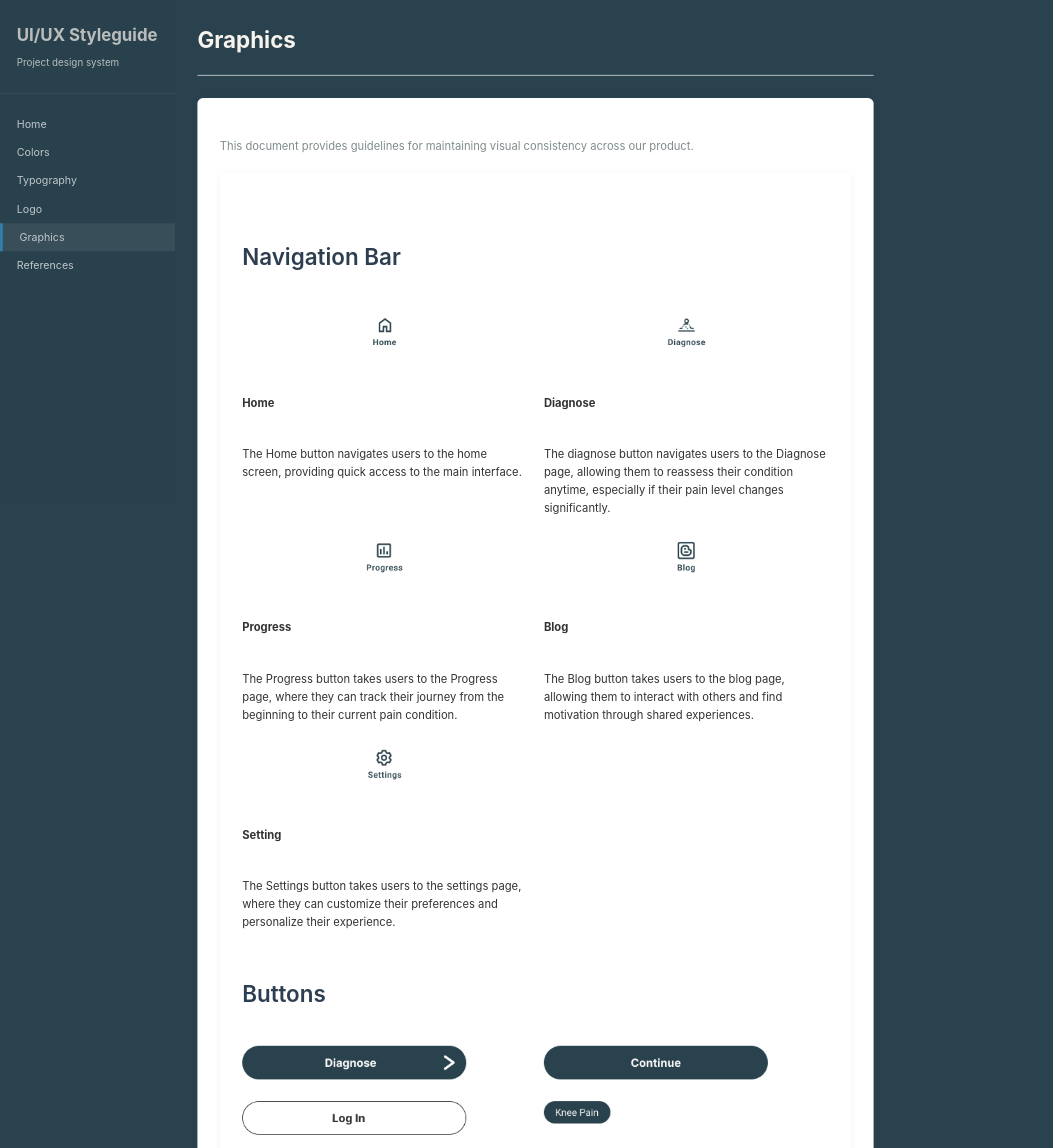
Repository: rosielee09/Heal_U
Page: graphics.html
These files come from the project's save history. The page is drawn as it stood at one moment and after the next save; the edit follows.
The browser window is 1280 px wide. The page is 1504 px wide, so the pictures cover 1504 px, including what lies to the right of the window. The pictures show the part of the page from y = 0 to 1640 px (the page is 4974 px tall), at 70% of full size.

Above is the page before, as saved 2025-04-06 10:42:23.

### graphics.html
<!DOCTYPE html>
<html lang="en">
<head>
    <meta charset="UTF-8">
    <meta name="viewport" content="width=device-width, initial-scale=1.0">
    <link rel="stylesheet" href="styles.css">
    <title>Heal_U Styleguide</title>
</head>
<body>
    <div class="container">
        <!-- Sidebar Navigation -->
        <div class="sidebar">
            <div class="sidebar-header">

                <h1>UI/UX Styleguide</h1>
                <p>Project design system</p>
            </div>
            <ul class="nav">
                <li ><a href="index.html">Home</a></li>
                <li><a href="colors.html">Colors</a></li>
                <li><a href="typography.html">Typography</a></li>
                <li><a href="logo.html">Logo</a></li>
                <li class="active"><a href="graphics.html">Graphics</a></li>
                <li><a href="references.html">References</a></li>
            </ul>
        </div>

        <!-- Main Content - Home Page -->

        <div class="content">
            <header class="page-header">
                <h2>Graphics</h2>
            </header>

            <div class="component">
                <div class="component-header">
                  <p class="component-description">This document provides guidelines for maintaining visual consistency across our product.</p>
                </div>
           <!-- SECTION 1: menu bar -->
           <div class="component">
            <div class="component-header">

                <section class="component-section">
                    <h3 class="component-title">Navigation Bar</h3>
                    <div class="graphic-grid">
                        <!-- home -->
                        <div class="graphic-item">
                            <img class="graphic-menu__icon" src="/img/graphic-menu/home.png" alt="home">
                            <div class="graphic-info">
                                <h4 class="graphic-title">Home</h4>
                                <div>The Home button navigates users to the home screen, providing quick access to the main interface.</div>
                            </div>
                        </div>
                        <!-- diagnose -->
                        <div class="graphic-item">
                            <img class="graphic-menu__icon" src="/img/graphic-menu/diagnose.png" alt="diagnose">
                            <div class="graphic-info">
                                <h4 class="graphic-title">Diagnose </h4>
                                <div>The diagnose button navigates users to the Diagnose page, allowing them to reassess their condition anytime, especially if their pain level changes significantly.</div>
                            </div>
                        </div>
                        <!-- Progress -->
                        <div class="graphic-item">
                            <img class="graphic-menu__icon" src="/img/graphic-menu/progress.png" alt="Progress">
                            <div class="graphic-info">
                                <h4 class="graphic-title">Progress </h4>
                                <div>
                                    The Progress button takes users to the Progress page, where they can track their journey from the beginning to their current pain condition.</div>
                            </div>
                        </div>

                        <!-- blog -->
                        <div class="graphic-item">
                            <img class="graphic-menu__icon" src="/img/graphic-menu/blog.png" alt="blog">
                            <div class="graphic-info">
                                <h4 class="graphic-title">Blog </h4>
                                <div>The Blog button takes users to the blog page, allowing them to interact with others and find motivation through shared experiences.</div>
                        </div>
                        </div>

                        <!-- Setting -->
                        <div class="graphic-item">
                            <img class="graphic-menu__icon" src="/img/graphic-menu/setting.png" alt="Setting">
                            <div class="graphic-info">
                                <h4 class="graphic-title">Setting </h4>
                                <div>The Settings button takes users to the settings page, where they can customize their preferences and personalize their experience.</div>

                    </div>
                </div>
            </div>

<!-- button section -->
                <section class="component-section">
                    <h3 class="component-title">Buttons </h3>

                    <div class="graphic-grid">
                          <!-- fill button -->
                        <div class="graphic-item">
                            <img class="graphic-button__icon" src="/img/Appovation - buttons/Button-fill-withIcon.png" alt="fill-icon">
                        </div>
                        <div class="graphic-item">
                            <img class="graphic-button__icon" src="/img/Appovation - buttons/Button-fill.jpg" alt="fill">
                        </div>
                        <div class="graphic-item">
                            <img class="graphic-button__icon" src="/img/Appovation - buttons/Button-outline.jpg" alt="outline">
                        </div>
                        <div class="graphic-item">
                            <img class="graphic-button__icon" src="/img/Appovation - buttons/chips-fill.png" alt="chips">
                        </div>
                        <div class="graphic-item">
                            <img class="graphic-button__icon" src="/img/Appovation - buttons/chips-highlighted.png" alt="chips-highlighted">
                        </div>
                        <div class="graphic-item">
                            <img class="graphic-button__icon" src="/img/Appovation - buttons/chips-outlined.png" alt="chips-outlined">
                        </div>
                    </div>
                </section>

            <section class="component-section">
                <h3 class="component-title">Icons </h3>
                <h4 class="graphic-title">User Setting</h4>
                <div class="graphic-item">
                    <img class="graphic-icons" src="/img/Appovation - icons/user setting icon.png" alt="pain_type_icon">
                </div>

                <h4 class="graphic-title">Type of Pain</h4>
                <div class="graphic-grid__icons">

                    <div class="graphic-item">
                        <img class="graphic-icons" src="/img/Appovation - icons/Icon-stabbing.png" alt="pain_type_icon">
                    </div>
                    <div class="graphic-item">
                        <img class="graphic-icons" src="/img/Appovation - icons/Icon-tingling.png" alt="pain_type_icon">
                    </div>
                    <div class="graphic-item">
                        <img class="graphic-icons" src="/img/Appovation - icons/Icon_Burning.png" alt="pain_type_icon">
                    </div>
                    <div class="graphic-item">
                        <img class="graphic-icons" src="/img/Appovation - icons/Icon_Cramps.png" alt="pain_type_icon">
                    </div>
                    <div class="graphic-item">
                        <img class="graphic-icons" src="/img/Appovation - icons/Icon_dull ache.png" alt="pain_type_icon">
                    </div>
                    <div class="graphic-item">
                        <img class="graphic-icons" src="/img/Appovation - icons/Icon_freezing.png" alt="pain_type_icon">
                    </div>
                    <div class="graphic-item">
                        <img class="graphic-icons" src="/img/Appovation - icons/Icon_Migrane.png" alt="pain_type_icon">
                    </div>
                    <div class="graphic-item">
                        <img class="graphic-icons" src="/img/Appovation - icons/Icon_neuralgia.png" alt="pain_type_icon">
                    </div>
                    <div class="graphic-item">
                        <img class="graphic-icons" src="/img/Appovation - icons/Icon_numbness.png" alt="pain_type_icon">
                    </div>
                    <div class="graphic-item">
                        <img class="graphic-icons" src="/img/Appovation - icons/Icon_thobbing.png" alt="pain_type_icon">
                    </div>

                </div>


                <h4 class="graphic-title">Pain Scale</h4>
                <div class="graphic-grid">

                    <div class="graphic-item">
                        <img class="graphic-icons" src="/img/Appovation - icons/Pain_difference-slider-green.png" alt="pain_scale_icon">
                    </div>
                    <div class="graphic-item">
                        <img class="graphic-icons" src="/img/Appovation - icons/Pain_difference-slider-mild.png" alt="pain_scale_icon">
                    </div>
                    <div class="graphic-item">
                        <img class="graphic-icons" src="/img/Appovation - icons/Pain_difference-slider-middle.png" alt="pain_scale_icon">
                    </div>
                    <div class="graphic-item">
                        <img class="graphic-icons" src="/img/Appovation - icons/Pain_difference-slider-less-severe.png" alt="pain_scale_icon">
                    </div>
                    <div class="graphic-item">
                        <img class="graphic-icons" src="/img/Appovation - icons/Pain_difference-slider-severe.png" alt="pain_scale_icon">
                    </div>
                </div>
                <div class="graphic-item-grid1">
                    <img class="graphic-icons" src="/img/Appovation - icons/progress pain scale.png" alt="pain_scale_icon">
                </div>

        </section>

        <section class="component-section">
            <h3 class="component-title">Illustrations</h3>

            <div class="graphic-grid-illustrations">
                  <!-- fill button -->
                <div class="graphic-item-illustrations">
                    <img class="graphic-illustrations" src="/img/Appovation - illustration set/5214865 1.png" >
                </div>
                <div class="graphic-item-illustrations">
                    <img class="graphic-illustrations" src="/img/Appovation - illustration set/AdobeStock_593962329 1.png">
                </div>
                <div class="graphic-item-illustrations">
                    <img class="graphic-illustrations" src="/img/Appovation - illustration set/exercise 2.png" >
                </div>
                <div class="graphic-item-illustrations">
                    <img class="graphic-illustrations" src="/img/Appovation - illustration set/Group 103.png" >
                </div>
                <div class="graphic-item-illustrations">
                    <img class="graphic-illustrations" src="/img/Appovation - illustration set/Group 84.png" >
                </div>
                <div class="graphic-item-illustrations">
                    <img class="graphic-illustrations" src="/img/Appovation - illustration set/Group 98.png" >
                </div>
            </div>
        </section>

        <section class="component-section">
            <h3 class="component-title">Images for Contents</h3>

            <div class="graphic-grid-images">
                <div class="graphic-item">
                    <img class="graphic-icons" src="/img/Appovation - images for contents/unsplash_GbomLmruCM8.png " alt="pain_type_icon">
                </div>
                <div class="graphic-item">
                    <img class="graphic-icons" src="/img/Appovation - images for contents/unsplash_gJtDg6WfMlQ.png" alt="pain_type_icon">
                </div>
                <div class="graphic-item">
                    <img class="graphic-icons" src="/img/Appovation - images for contents/unsplash_kFCdfLbu6zA.png" alt="pain_type_icon">
                </div>
                <div class="graphic-item">
                    <img height="200px" class="graphic-icons" src="/img/Appovation - images for contents/unsplash_PJ8C7JCqK0o-1.png" alt="pain_type_icon">
                </div>
                <div class="graphic-item">
                    <img height="200px" class="graphic-icons" src="/img/Appovation - images for contents/unsplash_PJ8C7JCqK0o.png" alt="pain_type_icon">
                </div>
        </section>

        <section class="component-section">
            <h3 class="component-title">Screens</h3>

            <div class="graphic-grid-images">
                <div class="graphic-item">
                    <img class="graphic-icons" src="/img/Appovation - screens/screen-dailypopup.png " alt="pain_type_icon">
                </div>
                <div class="graphic-item">
                    <img class="graphic-icons" src="/img/Appovation - screens/screen-survey.png" alt="pain_type_icon">
                </div>
                <div class="graphic-item">
                    <img class="graphic-icons" src="/img/Appovation - screens/screen-watchingtutorial.png" alt="pain_type_icon">
                </div>

        </section>


</body>
<script src="script.js"></script>
</html>

### styles.css
* {
    margin: 0;
    padding: 0;
    box-sizing: border-box;
}

body {
    font-family: 'Inter', -apple-system, BlinkMacSystemFont, 'Segoe UI', Roboto, Oxygen, Ubuntu, Cantarell, sans-serif;
    line-height: 1.6;
    color: #333;
    background: #29424D;

    margin: 0;
    padding: 0;
    width: 100vw;
    height: 100vh;


}

/* Layout */
.container {
    display: flex;
    min-height: 100vh;
}

/* Sidebar Navigation */
.sidebar {
    width: 250px;
    background-color: #29424D;
    color: #F8F3EC;
    padding: 2rem 0;
    position: fixed;
    height: 100vh;
    overflow-y: hidden;
    opacity: 0.7;
}


.sidebar-header {
    padding: 0 1.5rem 2rem;
    border-bottom: 1px solid rgba(255, 255, 255, 0.1);
}

.sidebar-header h1 {
    font-size: 1.5rem;
    font-weight: 700;
    margin-bottom: 0.5rem;
}

.sidebar-header p {
    font-size: 0.875rem;
    opacity: 1;
}

.nav {
    list-style: none;
    padding: 1.5rem 0;
}

.nav li {
    padding: 0.5rem 1.5rem;
}

.nav li.active {
    background-color: rgba(255, 255, 255, 0.1);
    border-left: 4px solid #3498db;
}

.nav a {
    color: #fff;
    text-decoration: none;
    display: block;
    font-size: 0.95rem;
    transition: all 0.2s;
}

.nav a:hover {
    opacity: 1;
}

/* Logo in Navbar */
/* Logo styling */
.logo {
    display: flex;
    align-items: left;
    gap: 10px;  /* Space between logo image and text */
    /* padding: 0 1.5rem;  Match your sidebar padding */
}


.logo p {
    color: #F8F3EC;  /* Match your sidebar text color */
    font-weight: 700;
    font-size: 2.3rem;
    margin: 0;  /* Remove default paragraph margin */
    margin-bottom: 0.5rem;
}

/* Home page animation */
.body-homepage{
    overflow: hidden;
    position: relative;
    display: flex;
    align-items: center;
}
.animation--title {
    text-align: right;
    display: flex;
    flex-direction: column;
    justify-content: flex-end;
    margin-left: 45rem; /* Push to the right side */
    margin-right: 5%; /* Keep some space from the edge */
    width: 50%;
  }

  .animation--title-head {

    color: #F8F3EC;
    font-size: 8rem;
    line-height: 1.2;
    font-weight: bold;
    letter-spacing: 2px;
    font-family: 'Roboto', sans-serif;
    text-transform: uppercase;

  }

  .animation--title-subhead {
    color: #F8F3EC;
    font-size: 1.7rem;
    line-height: 1.5;
    font-family: 'Roboto', sans-serif;
    font-style: italic;
    margin-top: 2rem;
    margin-bottom: 2rem;
  }

  .animation--title-member {
    color: #F8F3EC;
    font-size: 1.4rem;
    line-height: 1.4;
    font-family: 'Roboto', sans-serif;

  }



  .blob {
    position: absolute;
    top: 0;
    left: 0;
    fill: #CFC4F4;
    width: 50vmax;
    z-index: -1;
    animation: move 10s ease-in-out infinite;
    transform-origin: 50% 50%;
  }

  @keyframes move {
    0%   { transform: scale(1)   translate(10px, -30px); }
    38%  { transform: scale(0.8, 1) translate(80vw, 30vh) rotate(160deg); }
    40%  { transform: scale(0.8, 1) translate(80vw, 30vh) rotate(160deg); }
    78%  { transform: scale(1.3) translate(0vw, 50vh) rotate(-20deg); }
    80%  { transform: scale(1.3) translate(0vw, 50vh) rotate(-20deg); }
    100% { transform: scale(1)   translate(10px, -30px); }
  }




/* Main Content */
.content {
    flex: 1;
    padding: 2rem;
    margin-left: 250px;
    max-width: calc(100% - 250px);
}

.page-header {
    margin-bottom: 2rem;
    padding-bottom: 1rem;
    border-bottom: 1px solid #eee;
}

.page-header h2 {
    font-size: 2rem;
    font-weight: 700;
    color: #F8F3EC;
    margin-bottom: 0.5rem;
}

.page-header p {
    color: #F8F3EC;
    font-size: 1.1rem;
}

/* Components Common Styles */
.component {
    background-color: #fff;
    border-radius: 8px;
    box-shadow: 0 2px 10px rgba(0, 0, 0, 0.05);
    padding: 2rem;
    margin-bottom: 2rem;
}

.component-section{
    margin-top: 3rem;
}

.component-header {
    margin-top: 1.5rem;
    margin-bottom: 1.5rem;
}

.component-title {
    font-size: 2rem;
    font-weight: 600;
    margin-top: 4rem;
    margin-bottom: 3rem;
    color: #2c3e50;
}

.component-description {
    color: #7f8c8d;
}


    /* Color Styles */
.color-grid {
    display: grid;
    grid-template-columns: repeat(auto-fill, minmax(300px, 1fr));
    gap: 1.5rem;
}

.color-grid__onlycolor {
    display: grid;
    grid-template-columns: repeat(auto-fill, minmax(300px, 2fr));
    gap: 1.5rem;
    align-items: center;
}

.color-grid__Accessiblilliy {
    display: grid;
    grid-template-columns: repeat(auto-fit, minmax(clamp(300px, 50%, 400px), 1fr));
    gap: 1.5rem;
}

.color-item {
    border-radius: 6px;
    overflow: hidden;
    box-shadow: 0 2px 5px rgba(0, 0, 0, 0.1);
}

.color-preview {
    height: 120px;
}

.color-info {
    padding: 1rem;
    background-color: #fff;
}

.color-name {
    font-weight: 600;
    margin-bottom: 0.25rem;
}

.color-value {
    font-family: monospace;
    color: #7f8c8d;
    font-size: 0.85rem;
}

.color__primary--preview{
    background-color: #29424D;
}

.color__secondary--preview{
    background-color: #CFC4F4;
}

.color__tertiary--preview {
    background-color: #F8F3EC;
}

.color__accent--preview{
    background-color: #CDF06B;
}

.color__success--preview{
    background-color: #138636;
}

.color__error--preview{
    background-color: #C32D2D;
}

.color__warning--preview{
    background-color: #FFBD11;
}

.color__info--preview{
    background-color: #4976BA;
}

.color__background--preview{
    background-color: #fff;
}

.color__text--preview{
    background-color: #2E2E30;
}

.color-accessiblillity-img {
    width: 100%;
    height: 70%;
}

.color-example-img{
    align-items: center;
}


/* Graphics */
.graphic-grid {
    display: grid;
    grid-template-columns: repeat(auto-fill, minmax(300px, 2fr));
    gap: 1.5rem;

}

/* section__icons */
.graphic-grid__icons{
    display: grid;
    grid-template-columns: repeat(5, 1fr);
    gap: 1.5rem;
}

.graphic-item{
   justify-items: center;

}


.graphic-menu__icon{
    margin: 10px;
}
.graphic-title{
    margin-top: 3rem;
    margin-bottom: 3rem;
}

.graphic-item-grid1{
    margin-top: 3rem;
}


/* section illustrations */
.graphic-grid-illustrations,
.graphic-grid-images{
    display: grid;
    grid-template-columns: repeat(3, 1fr);
    gap: 1.5rem;
}
.graphic-item-illustrations,
.graphic-illustrations{
    max-width: 200px;
    max-height: 200px;
}
.graphic-icons{
    border-radius: 20px;
}

/* Typography */

/* Import Roboto font with multiple weights */
@import url('https://fonts.googleapis.com/css2?family=Roboto:wght@400;500;700&display=swap');

.component-title-typography{
    color: #F8F3EC;
}

/* Table styling */
table {
  width: 100%;
  border-collapse: collapse;
  font-family: 'Roboto', sans-serif;
  margin: 2rem 0;
}

th {
  background-color: #f8f9fa;
  color: #212529;
  padding: 12px 16px;
  text-align: left;
  font-weight: 500;
  border-bottom: 2px solid #dee2e6;

}

td {
  padding: 16px;
  border-bottom: 1px solid #e9ecef;
  vertical-align: top;
}

/* Remove default list styling */
td li {
  list-style: none;
  margin: 4px 0;
  padding-left: 0;
}



.content-image {
  margin: auto;
  display: block;
  padding: 1rem;
}

.center {
  text-align: center;
}



.typography-item {
    margin-bottom: 2rem;
}


.heading1 {
  font-family: 'Roboto', sans-serif;
  font-size: 40px;
  line-height: 48px;
  font-weight: 700;
  color: #212529;

}

.heading2 {
  font-family: 'Roboto', sans-serif;
  font-size: 32px;
  line-height: 40px;
  font-weight: 700;
  color: #212529;
}

.section-header {
  font-family: 'Roboto', sans-serif;
  font-size: 24px;
  line-height: 32px;
  font-weight: 700;
  color: #212529;
}

.sub-header {
  font-family: 'Roboto', sans-serif;
  font-size: 20px;
  line-height: 28px;
  font-weight: 700;
  color: #212529;
}

.body-bold {
  font-family: 'Roboto', sans-serif;
  font-size: 16px;
  line-height: 24px;
  font-weight: 700;
  color: #212529;
}


.body {
  font-family: 'Roboto', sans-serif;
  font-size: 16px;
  line-height: 24px;
  font-weight: 400;
  color: #212529;
}

.small {
  font-family: 'Roboto', sans-serif;
  font-size: 14px;
  line-height: 20px;
  font-weight: 400;
  color: #212529;
}

.small-italic {
  font-family: 'Roboto', sans-serif;
  font-style: italic;
  font-size: 14px;
  line-height: 20px;
  font-weight: 400;
  color: #212529;
}

.tiny-bold {
  font-family: 'Roboto', sans-serif;
  font-size: 12px;
  line-height: 18px;
  font-weight: 700;
  color: #212529;
}

.tiny {
  font-family: 'Roboto', sans-serif;
  font-size: 12px;
  line-height: 18px;
  font-weight: 400;
  color: #212529;
}

.mini {
  font-family: 'Roboto', sans-serif;
  font-size: 8px;
  line-height: 12px;
  font-weight: 400;
  color: #212529;
  letter-spacing: 0.5px;
}

/* Add zebra striping for better readability */
tbody tr:nth-child(odd) {
  background-color: #f8f9fa;
}

Loaded but not shown: script.js (no stored copy; drawn as an empty file)

After the next save:
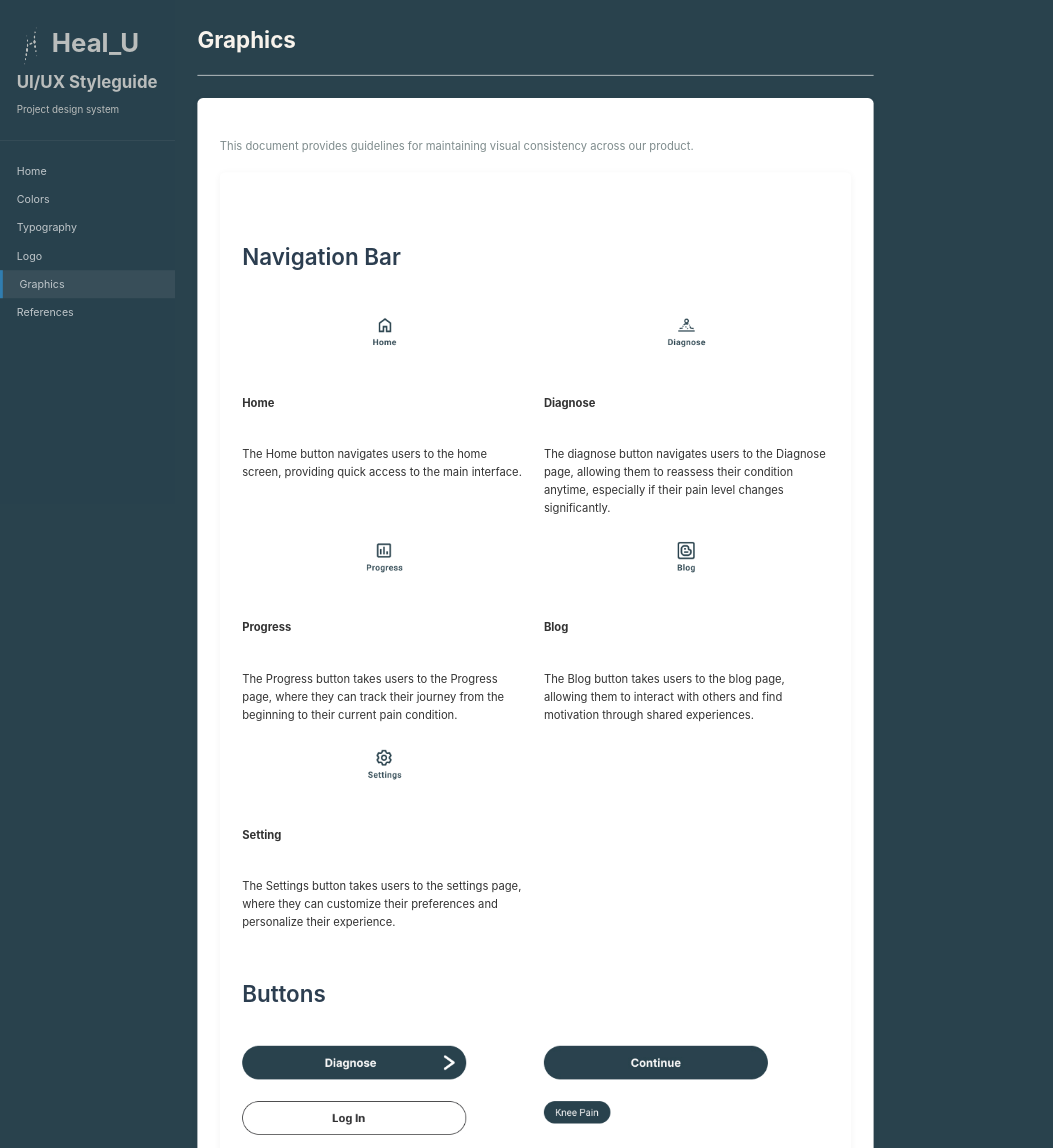
Saved 7 s later.
--- a/graphics.html
+++ b/graphics.html
@@ -11,7 +11,10 @@
         <!-- Sidebar Navigation -->
         <div class="sidebar">
             <div class="sidebar-header">
-
+                <div class="logo">
+                    <img src="./img/logo/Logo - Heal U_sq_logo_light.png" alt="logo" width="40px" >
+                    <p>Heal_U</p>
+                </div>
                 <h1>UI/UX Styleguide</h1>
                 <p>Project design system</p>
             </div>
